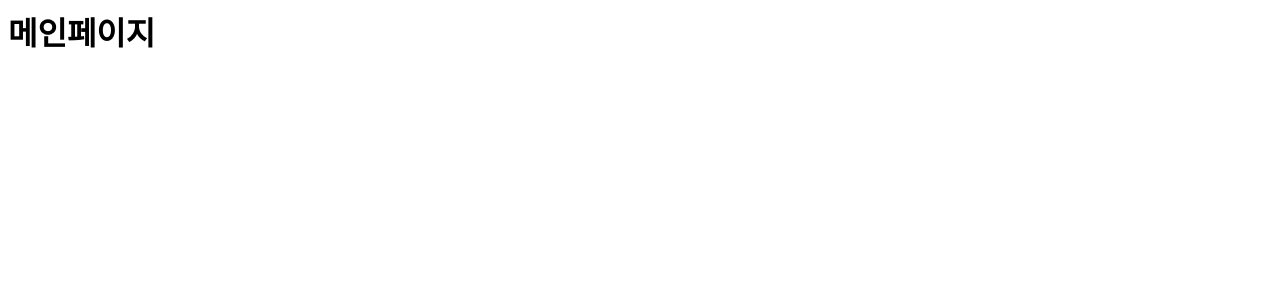
Repository: codingspecialist/jsp-weekend
Page: http://localhost/cos/main.jsp
The author's editor kept a copy of each file at every save. The page is drawn from the files as they stood at one save, then again after the next save.
The browser window is 1280 px wide. The pictures show the whole page.
The page is served by Tomcat 9. Other server files are loaded and not shown.

Above is the page before, as saved 2020-08-22 06:23:49.

### cos/WebContent/main.jsp
<%@ page language="java" contentType="text/html; charset=UTF-8"
    pageEncoding="UTF-8"%>


<h1>메인페이지</h1>

</body>
</html>

### cos/WebContent/layout/header.jsp
<%@ page language="java" contentType="text/html; charset=UTF-8"
    pageEncoding="UTF-8"%>
<!DOCTYPE html>
<html>
<head>
<meta charset="UTF-8">
<title>메인페이지</title>
<style>
	ul {
		text-align: center;
	}

	li {
		display: inline-block;
		width: 100px;
	}
</style>
</head>
<body>
<ul>
	<li><a href="main.jsp">메인</a></li>
	<li><a href="login.jsp">로그인</a></li>
	<li><a href="join.jsp">회원가입</a></li>
</ul>
<hr/>

After the next save:
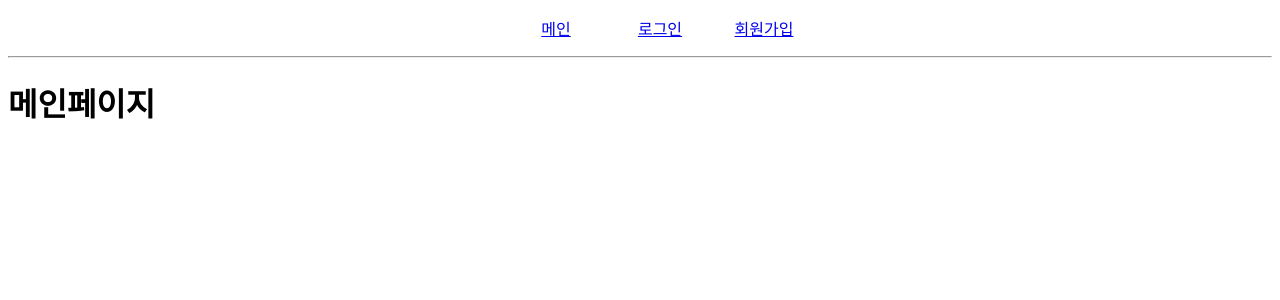
Saved 43 s later.
--- a/cos/WebContent/main.jsp
+++ b/cos/WebContent/main.jsp
@@ -1,6 +1,7 @@
 <%@ page language="java" contentType="text/html; charset=UTF-8"
     pageEncoding="UTF-8"%>
 
+<%@ include file="layout/header.jsp" %>
 
 <h1>메인페이지</h1>
 
